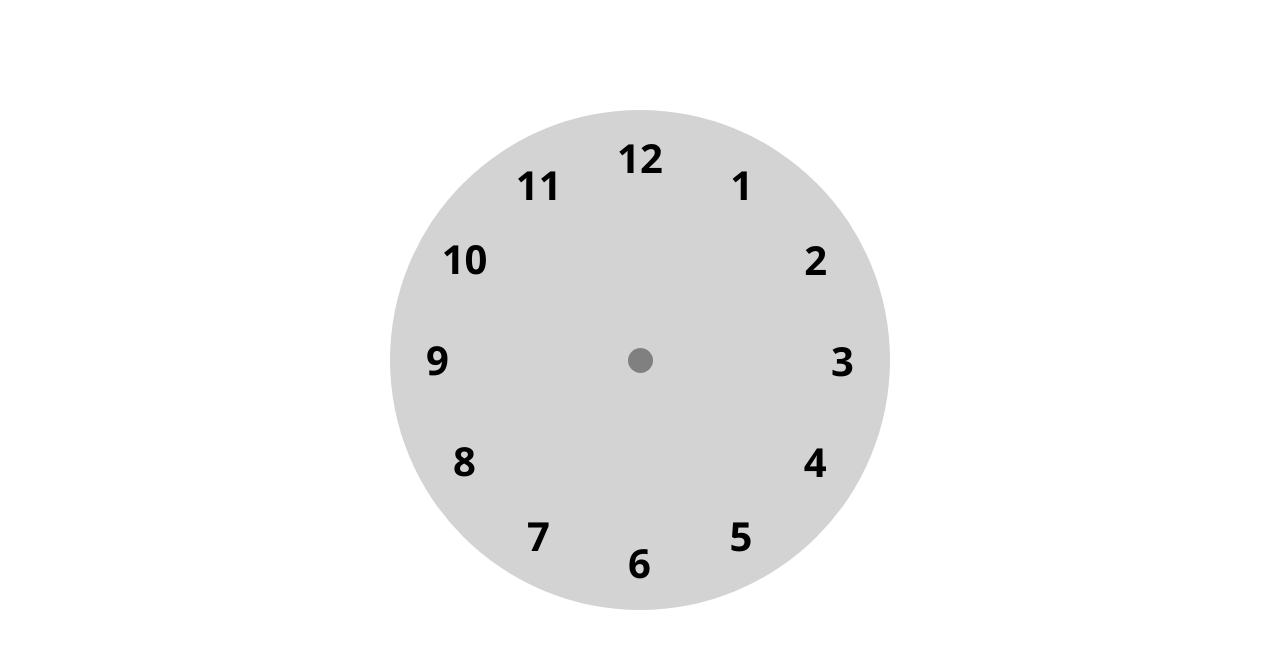
Repository: Suryansh-D/Cool-Clock
Page: index.html
The author's editor kept a copy of each file at every save. The page is drawn from the files as they stood at one save, then again after the next save.
The browser window is 1280 px wide. The pictures show the whole page.

Above is the page before, as saved 2024-01-30 15:35:18.

After the next save:
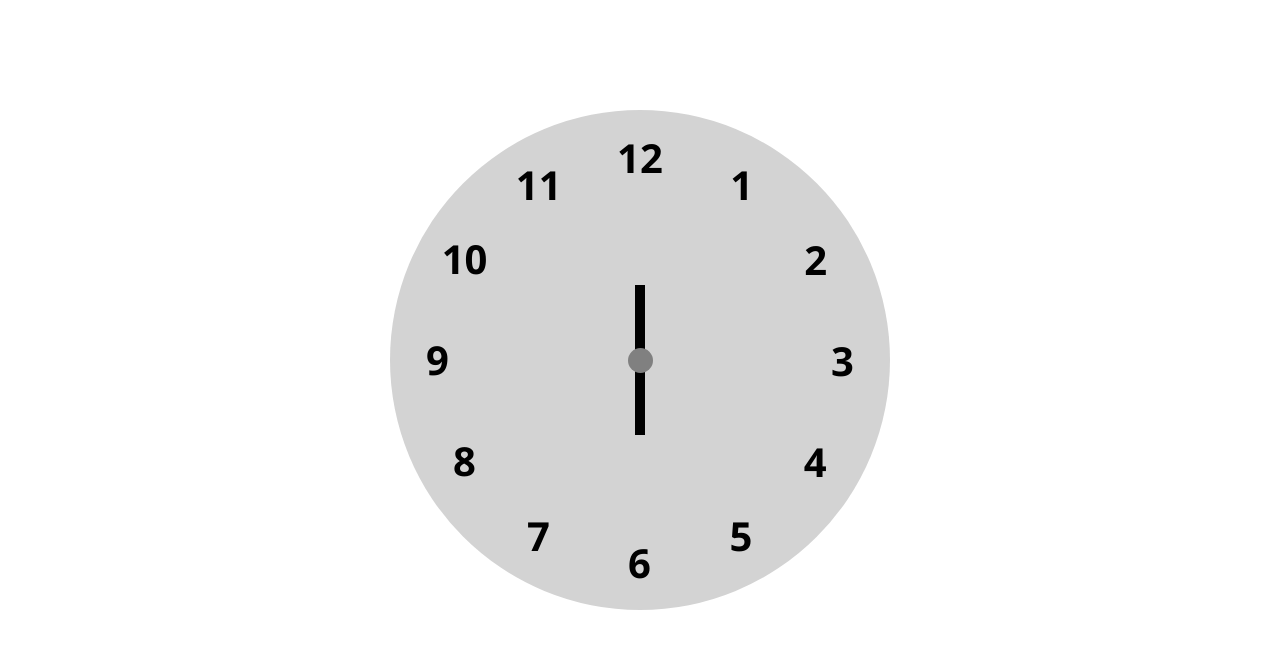
Saved 4 s later.
--- a/style.css
+++ b/style.css
@@ -41,4 +41,11 @@
     border-radius: 50%;
 }
 
-.
+.hour-hand{
+    position: absolute;
+    width: 10px;
+    height: 150px;
+    background-color: black;
+    transform-origin: bottom center;
+    transform: rotate(calc(30deg * var(--h)));
+}

After the 2 saves that followed:
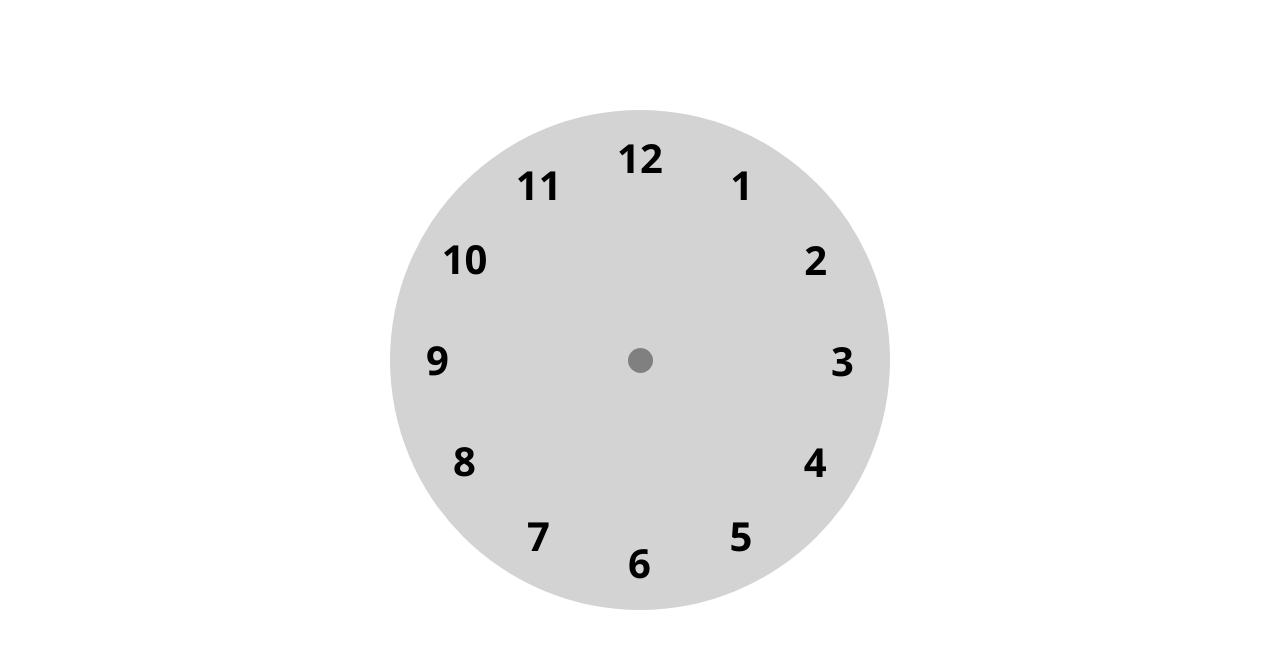
The 2 saves are shown as one change because they came seconds apart.
The last was saved 11 s later.
--- a/style.css
+++ b/style.css
@@ -42,10 +42,5 @@
 }
 
 .hour-hand{
-    position: absolute;
-    width: 10px;
-    height: 150px;
-    background-color: black;
-    transform-origin: bottom center;
-    transform: rotate(calc(30deg * var(--h)));
+   width:
 }
